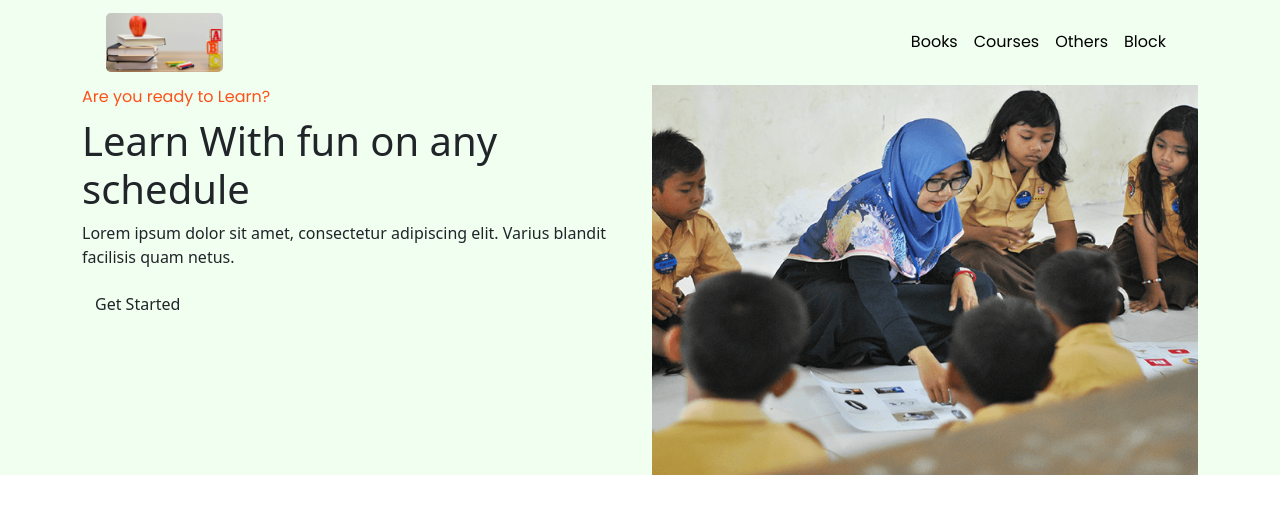
Repository: zjria/Figma-to-E-school
Page: index.html
The author's editor kept a copy of each file at every save. The page is drawn from the files as they stood at one save, then again after the next save.
The browser window is 1280 px wide. The pictures show the whole page.
Some web libraries are served in a nearby version.

Above is the page before, as saved 2022-05-06 15:38:04.

After the next save:
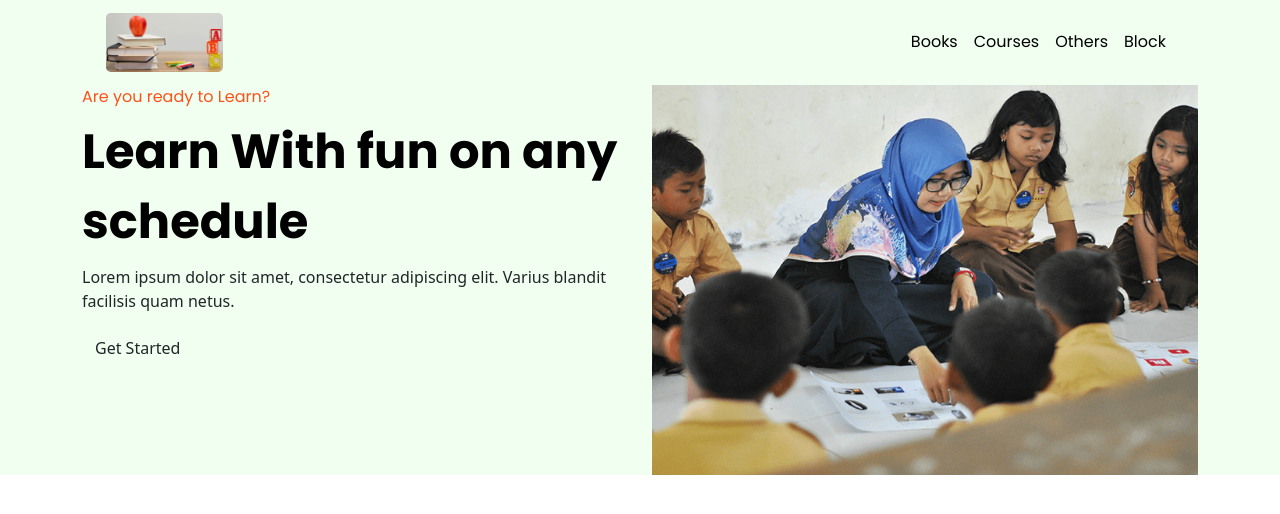
Saved 6 min 16 s later.
--- a/style.css
+++ b/style.css
@@ -24,8 +24,13 @@
     line-height: 24px;
     color: #FD511A;
 }
-.hero-content h1{
-
+.hero-content h1 {
+    font-family: 'Poppins';
+    font-style: normal;
+    font-weight: 700;
+    font-size: 48px;
+    line-height: 70px;
+    color: #000000;
 }
 .hero-content p{
 
